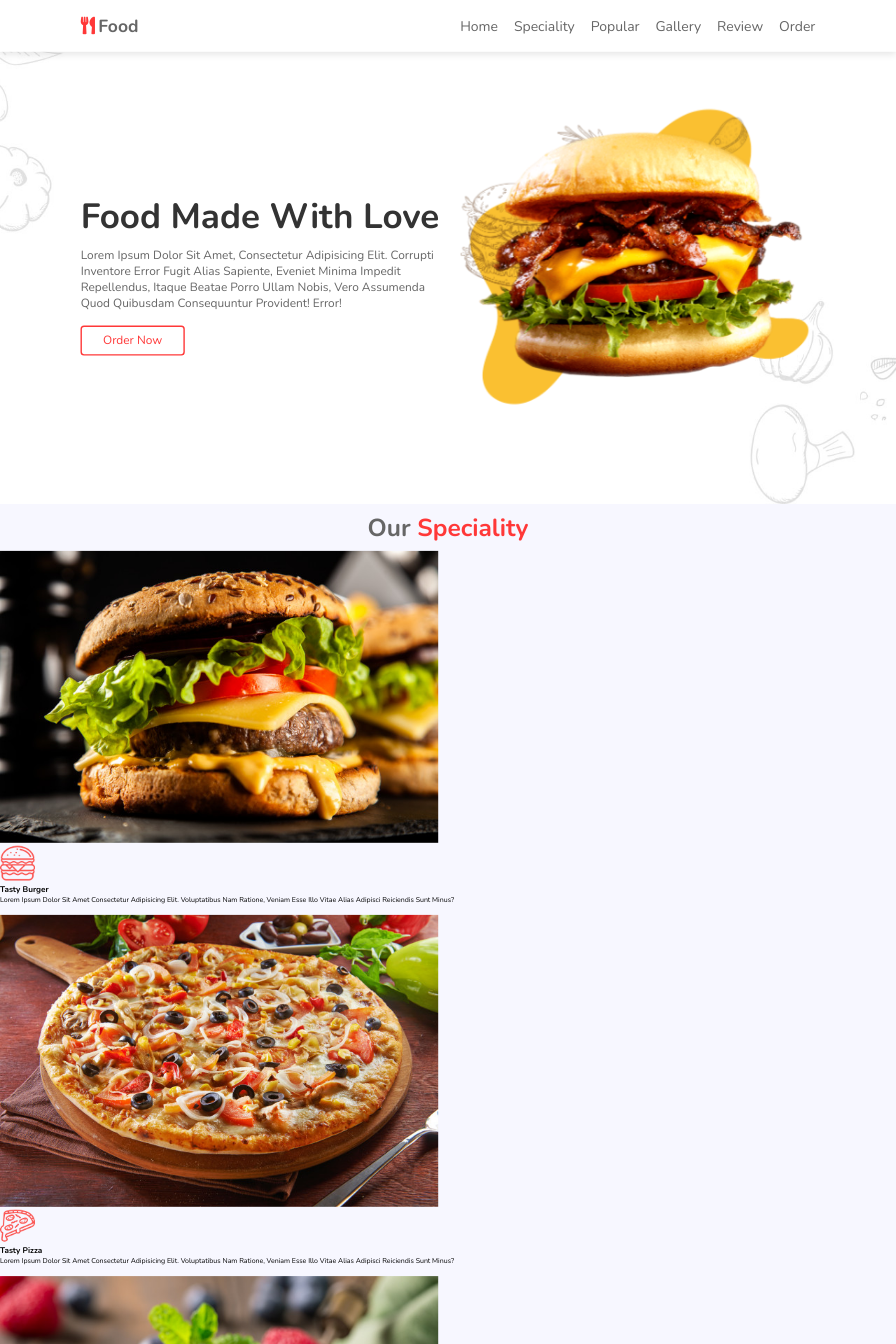
Repository: ManhTanVN/food
Page: index.html
These files come from the project's save history. The page is drawn as it stood at one moment and after the next save; the edit follows.
The browser window is 1280 px wide. The pictures show the part of the page from y = 0 to 1920 px (the page is 3910 px tall before and 2392 px after), at 70% of full size.
The style sheet was rebuilt from its Sass, Less or Tailwind sources for each picture, by a compiler version that may differ from the author's.

Above is the page before, as saved 2021-08-29 15:44:28.

After the next save:
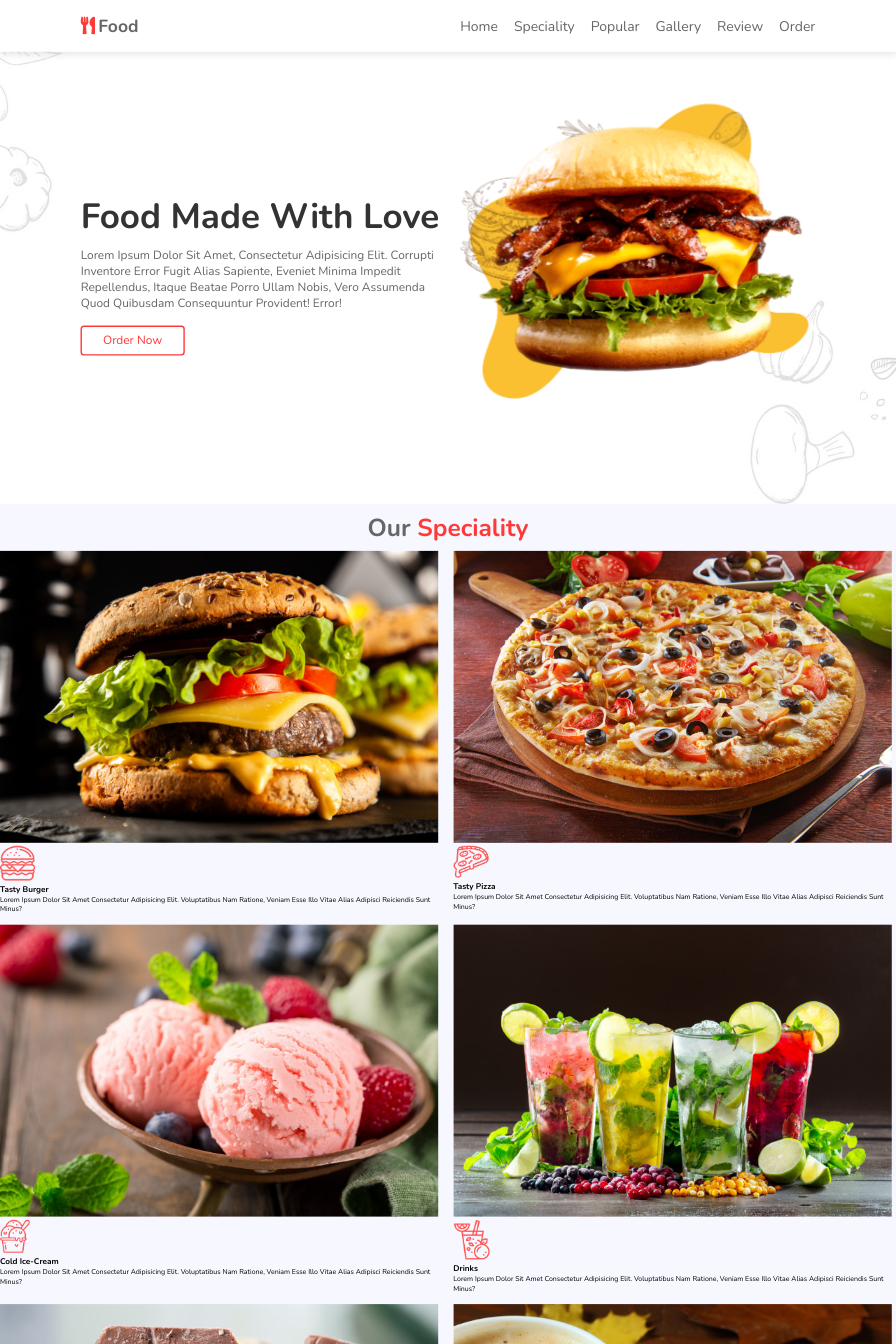
Saved 114 s later.
--- a/sass/_speciality.scss
+++ b/sass/_speciality.scss
@@ -17,3 +17,7 @@
 
     }
 }
+
+.box {
+    flex: 1 1 30rem;
+}
